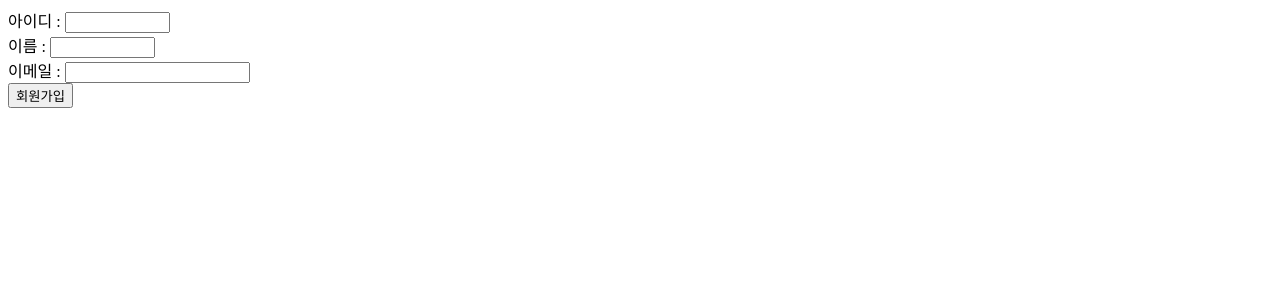
Repository: fhwang2/WEB
Page: 190710_JSP_withDB/WebContent/membershipForm.html
These files come from the project's save history. The page is drawn as it stood at one moment and after the next save; the edit follows.
The browser window is 1280 px wide. The pictures show the whole page.

Above is the page before, as saved 2019-07-10 06:08:07.

After the next save:
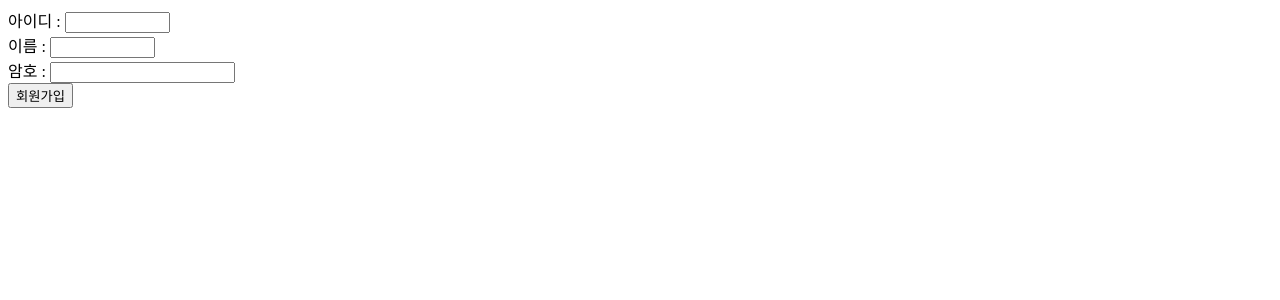
Saved 24 s later.
--- a/190710_JSP_withDB/WebContent/membershipForm.html
+++ b/190710_JSP_withDB/WebContent/membershipForm.html
@@ -8,7 +8,7 @@
 <form action="processJoin.jsp" method="post">
 	아이디 : <input type="text" name="id" size="10"><br>
 	이름 : <input type="text" name="name" size="10"><br>
-	이메일 :  <input type="text" name="email" size="email"><br>
+	암호 :  <input type="text" name="password"><br>
 	<input type="submit" value="회원가입">
 </form>
 
